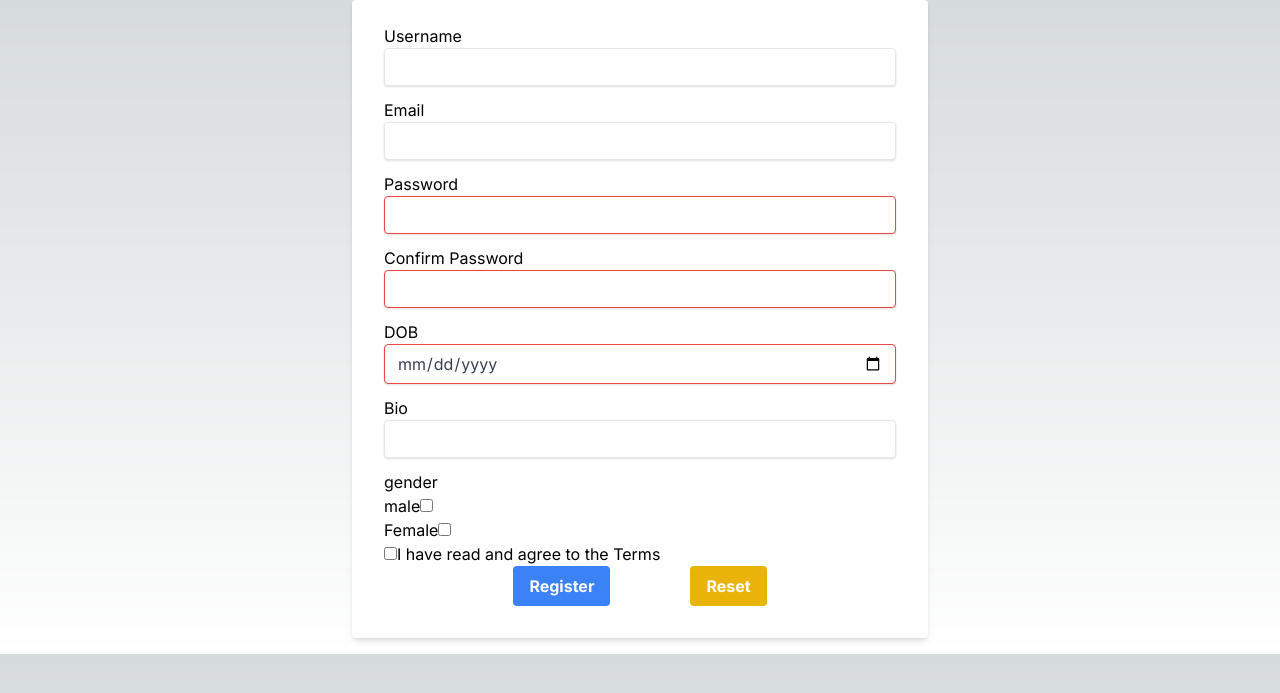
Repository: uh-sman/tiktok-card
Page: /
An editor plug-in stored every save of this project. The page is shown before and after the next save, followed by the edit.
The browser window is 1280 px wide. The pictures show the whole page.
The project was rebuilt for these pictures with package versions that can differ from the ones it lists, and the page was loaded fresh each time. The framework's server and built-in components were replaced by stand-ins that run in the browser. Also part of the build but not shown: next.config.js.

Above is the page before, as saved 2023-12-19 14:22:47.

### app/page.tsx
'use client'
// import Input from "./components/Input";
import { FieldValues, SubmitHandler, useForm } from "react-hook-form";
import AuthForm from "./components/AuthForm";
type FormValues = {
  name: string,
      email: string,
      password: string,
      confirmPassword: string,
      DateOfBirth: string,
      Bio: string,
      gender: string,
      termsAndConditions: string
}

export default function Home() {
  return (
    <div>
      <AuthForm />
    </div>
  )
}



{/* <form class="max-w-sm mx-auto">
  <div class="mb-5">
    <label for="email" class="block mb-2 text-sm font-medium text-gray-900 dark:text-white">Your email</label>
    <input type="email" id="email" class="bg-gray-50 border border-gray-300 text-gray-900 text-sm rounded-lg focus:ring-blue-500 focus:border-blue-500 block w-full p-2.5 dark:bg-gray-700 dark:border-gray-600 dark:placeholder-gray-400 dark:text-white dark:focus:ring-blue-500 dark:focus:border-blue-500" placeholder="name@flowbite.com" required>
  </div>
  <div class="mb-5">
    <label for="password" class="block mb-2 text-sm font-medium text-gray-900 dark:text-white">Your password</label>
    <input type="password" id="password" class="bg-gray-50 border border-gray-300 text-gray-900 text-sm rounded-lg focus:ring-blue-500 focus:border-blue-500 block w-full p-2.5 dark:bg-gray-700 dark:border-gray-600 dark:placeholder-gray-400 dark:text-white dark:focus:ring-blue-500 dark:focus:border-blue-500" required>
  </div>
  <div class="flex items-start mb-5">
    <div class="flex items-center h-5">
      <input id="remember" type="checkbox" value="" class="w-4 h-4 border border-gray-300 rounded bg-gray-50 focus:ring-3 focus:ring-blue-300 dark:bg-gray-700 dark:border-gray-600 dark:focus:ring-blue-600 dark:ring-offset-gray-800 dark:focus:ring-offset-gray-800" required>
    </div>
    <label for="remember" class="ms-2 text-sm font-medium text-gray-900 dark:text-gray-300">Remember me</label>
  </div>
  <button type="submit" class="text-white bg-blue-700 hover:bg-blue-800 focus:ring-4 focus:outline-none focus:ring-blue-300 font-medium rounded-lg text-sm w-full sm:w-auto px-5 py-2.5 text-center dark:bg-blue-600 dark:hover:bg-blue-700 dark:focus:ring-blue-800">Submit</button>
</form> */}

### app/components/AuthForm.tsx
import React from "react";
import { useForm } from "react-hook-form";
// the type of data
type UserSubmitForm = {
    username: string;
    email: string;
    password: string;
    confirmPassword: string;
    acceptTerms: boolean;
    male:boolean;
    female:boolean;
    Bio:string;
    DateOfBirth: number
  };
const AuthForm: React.FC = () => {
    // using the useForm hook from the react-hook-form package
    const {register,handleSubmit, reset} = useForm<UserSubmitForm>()
    // the onSubmit handler
    const onSubmit = (data: UserSubmitForm) => {
        console.log(data)
    }
    return (
        <div className="flex justify-center h-full">
            <div className="items-center w-full max-w-xl">
        <form className="bg-white shadow-md rounded px-8 pt-6 pb-8 mb-4" onSubmit={handleSubmit(onSubmit)}>
          <div className="flex flex-col">
            <label>Username</label>
            <input
            className="shadow appearance-none border rounded w-full py-2 px-3 text-gray-700 mb-3 leading-tight focus:outline-none focus:shadow-outline"
              type="text"
            //   using the hook to handle form state
            {...register('username')}
            />
            <div className="invalid-feedback">
                </div>
          </div>

          <div className="flex flex-col">
            <label>Email</label>
            <input
            className="shadow appearance-none border rounded w-full py-2 px-3 text-gray-700 mb-3 leading-tight focus:outline-none focus:shadow-outline"
            type="text"
            {...register('email')}
            />
            <div className="invalid-feedback">
                </div>
          </div>

          <div className="flex flex-col">
            <label>Password</label>
            <input
            className="shadow appearance-none border border-red-500 rounded w-full py-2 px-3 text-gray-700 mb-3 leading-tight focus:outline-none focus:shadow-outline"
            type="password"
            {...register('password')}
            />
            <div className="invalid-feedback">
                </div>
          </div>
          <div className="flex flex-col">
            <label>Confirm Password</label>
            <input
            className="shadow appearance-none border border-red-500 rounded w-full py-2 px-3 text-gray-700 mb-3 leading-tight focus:outline-none focus:shadow-outline"
              type="password"
              {...register('confirmPassword')}
            />
            <div className="invalid-feedback">
            </div>
          </div>
          <div className="flex flex-col">
            <label>DOB</label>
            <input
            className="shadow appearance-none border border-red-500 rounded w-full py-2 px-3 text-gray-700 mb-3 leading-tight focus:outline-none focus:shadow-outline"
              type="date"
              {...register('DateOfBirth')}
            />
            <div className="invalid-feedback">
            </div>
          </div>
          <div className="flex flex-col">
            <label>Bio</label>
            <input
            className="shadow appearance-none border rounded w-full py-2 px-3 text-gray-700 mb-3 leading-tight focus:outline-none focus:shadow-outline"
            type="text"
            {...register('Bio')}
            />
            <div className="invalid-feedback">
            </div>
          </div>

          <div className="">
          <label htmlFor="gender" className="font-md">
              gender
            </label>
            <div className="">
                <label htmlFor="Male">male</label>
            <input
              type="checkbox"
              {...register('male')}
              />

            </div>
            <div className="">
                <label htmlFor="Female">Female</label>
            <input
              type="checkbox"
              {...register('female')}
              />
            </div>
            <div className="invalid-feedback">
                </div>
          </div>
          <div className="">
            <input
              type="checkbox"
              {...register('acceptTerms')}
              />
            <label htmlFor="acceptTerms" className="form-check-label">
              I have read and agree to the Terms
            </label>
            <div className="invalid-feedback">
                </div>
          </div>

          <div className="flex justify-center gap-20">
            <button type="submit" className="bg-blue-500 hover:bg-blue-700 text-white font-bold py-2 px-4 rounded focus:outline-none focus:shadow-outline">
              Register
            </button>
            <button
              type="button"
              onClick={() => reset()}
              className="bg-yellow-500 hover:bg-yellow-700 text-white font-bold py-2 px-4 rounded focus:outline-none focus:shadow-outline"
              >
              Reset
            </button>
          </div>
        </form>
        </div>
      </div>
    )
}

export default AuthForm;

Loaded but not shown: app/layout.tsx (common file); app/globals.css (common file); tailwind.config.ts (common file)

After the next save:
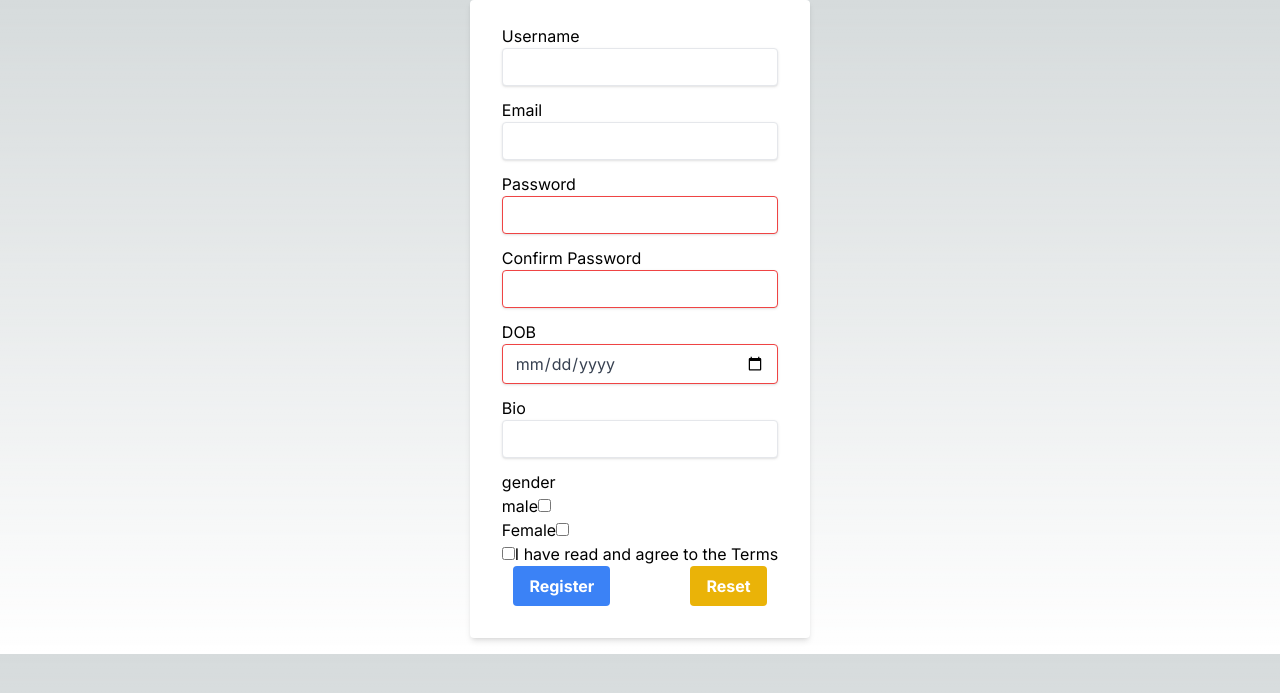
Saved 16 s later.
--- a/app/components/AuthForm.tsx
+++ b/app/components/AuthForm.tsx
@@ -20,8 +20,8 @@ const AuthForm: React.FC = () => {
         console.log(data)
     }
     return (
-        <div className="flex justify-center h-full">
-            <div className="items-center w-full max-w-xl">
+        <div className="flex justify-center">
+            <div className="flex justify-center w-full max-w-xl">
         <form className="bg-white shadow-md rounded px-8 pt-6 pb-8 mb-4" onSubmit={handleSubmit(onSubmit)}>
           <div className="flex flex-col">
             <label>Username</label>
